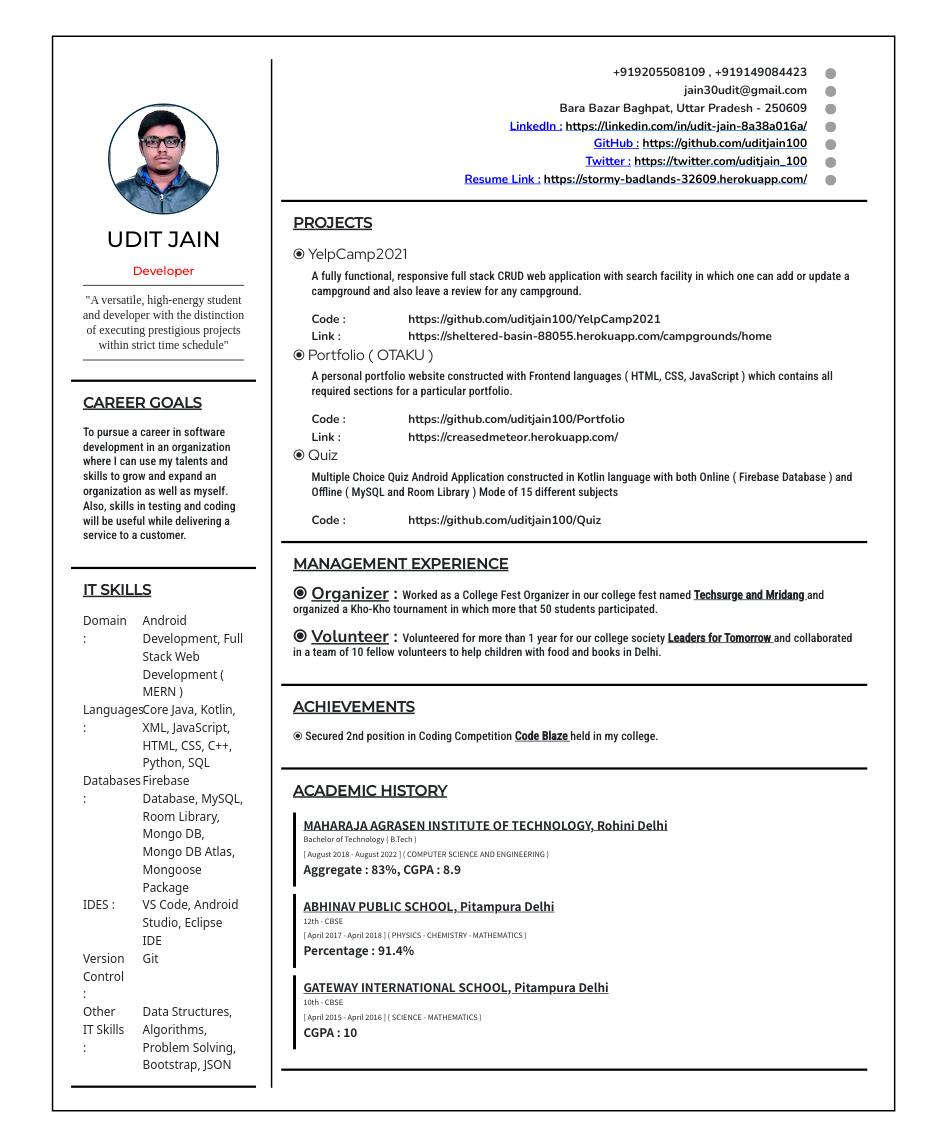
Repository: uditjain100/Resume
Page: app.html
An editor plug-in stored every save of this project. The page is shown before and after the next save, followed by the edit.
The browser window is 1280 px wide. The pictures show the whole page, at 74% of full size.
Pictures or frames that could not be fetched are drawn as grey boxes. Some web fonts or font styles are not loaded; a fallback is used.

Above is the page before, as saved 2021-05-27 18:48:07.

### app.html
<!DOCTYPE html>
<html lang="en">
	<head>
		<meta charset="UTF-8" />
		<meta http-equiv="X-UA-Compatible" content="IE=edge" />
		<meta name="viewport" content="width=device-width, initial-scale=1.0" />
		<title>RESUME : Udit Jain</title>
		<link rel="stylesheet" href="app.css" />
		<script
			src="https://code.jquery.com/jquery-3.5.1.min.js"
			integrity="sha256-9/aliU8dGd2tb6OSsuzixeV4y/faTqgFtohetphbbj0="
			crossorigin="anonymous"
		></script>
		<link
			href="https://cdn.jsdelivr.net/npm/bootstrap@5.0.0-beta1/dist/css/bootstrap.min.css"
			rel="stylesheet"
			integrity="sha384-giJF6kkoqNQ00vy+HMDP7azOuL0xtbfIcaT9wjKHr8RbDVddVHyTfAAsrekwKmP1"
			crossorigin="anonymous"
		/>

		<link rel="preconnect" href="https://fonts.gstatic.com" />
		<link
			href="https://fonts.googleapis.com/css2?family=Montserrat:wght@300;500&display=swap"
			rel="stylesheet"
		/>
		<link
			href="https://fonts.googleapis.com/css2?family=Roboto+Condensed:wght@500&display=swap"
			rel="stylesheet"
		/>
		<link
			href="https://fonts.googleapis.com/css2?family=Spartan:wght@500&display=swap"
			rel="stylesheet"
		/>
		<link
			href="https://fonts.googleapis.com/css2?family=Red+Hat+Display&display=swap"
			rel="stylesheet"
		/>
		<link
			href="https://fonts.googleapis.com/css2?family=Ubuntu:wght@300&display=swap"
			rel="stylesheet"
		/>
		<link
			href="https://fonts.googleapis.com/css2?family=Quicksand:wght@700&display=swap"
			rel="stylesheet"
		/>
		<link
			href="https://fonts.googleapis.com/css2?family=Nunito:wght@700&display=swap"
			rel="stylesheet"
		/>
		<link
			href="https://fonts.googleapis.com/css2?family=Akaya+Kanadaka&display=swap"
			rel="stylesheet"
		/>
		<link
			href="https://fonts.googleapis.com/css2?family=Poppins:wght@400&display=swap"
			rel="stylesheet"
		/>
		<link
			href="https://fonts.googleapis.com/css2?family=Noto+Sans+JP&display=swap"
			rel="stylesheet"
		/>
	</head>
	<body>
		<main class="container row my-5 mx-auto" id="wholewindow">
			<section id="leftwindow" class="col-3">
				<article id="namebox">
					<img
						id="profileimg"
						src="profile.jpg"
						class="card-img-top"
						alt="..."
					/>
					<div class="card-body">
						<h3
							class="card-title"
							style="
								color: black;
								text-decoration: none;
								font-size: 30px;
								font-weight: 400;
							"
						>
							UDIT JAIN
						</h3>
						<h6 class="card-subtitle mx-auto">Developer</h6>
						<p id="summary">
							"A versatile, high-energy student and developer with the
							distinction of executing prestigious projects within strict time
							schedule"
						</p>
					</div>
				</article>

				<article class="card-body" id="goalbox">
					<h3 class="card-title">CAREER GOALS</h3>
					<p>
						To pursue a career in software development in an organization where
						I can use my talents and skills to grow and expand an organization
						as well as myself. Also, skills in testing and coding will be useful
						while delivering a service to a customer.
					</p>
				</article>

				<article class="card-body" id="itskillsbox">
					<h3 class="card-title">IT SKILLS</h3>
					<ul class="list-group">
						<li id="itskillsitem" class="row">
							<span class="col-4" id="que">Domain : </span>
							<span class="col-8" id="ans"
								>Android Development, Full Stack Web Development ( MERN )</span
							>
						</li>
						<li id="itskillsitem" class="row">
							<span class="col-4" id="que">Languages : </span>
							<span class="col-8" id="ans"
								>Core Java, Kotlin, XML, JavaScript, HTML, CSS, C++, Python,
								SQL</span
							>
						</li>
						<li id="itskillsitem" class="row">
							<span class="col-4" id="que">Databases : </span>
							<span class="col-8" id="ans"
								>Firebase Database, MySQL, Room Library, Mongo DB, Mongo DB
								Atlas, Mongoose Package</span
							>
						</li>
						<li id="itskillsitem" class="row">
							<span class="col-4" id="que">IDES : </span>
							<span class="col-8" id="ans"
								>VS Code, Android Studio, Eclipse IDE</span
							>
						</li>
						<li id="itskillsitem" class="row">
							<span class="col-4" id="que">Version Control : </span>
							<span class="col-8" id="ans">Git</span>
						</li>
						<li id="itskillsitem" class="row">
							<span class="col-4" id="que">Other IT Skills : </span>
							<span class="col-8" id="ans"
								>Data Structures, Algorithms, Problem Solving, Bootstrap,
								JSON</span
							>
						</li>
					</ul>
				</article>
			</section>
			<section id="rightwindow" class="col-9">
				<article class="card-body" id="contactbox">
					<ul class="list-group">
						<li id="contactitem" class="row">
							<div class="col-11">+919205508109 , +919149084423</div>
							<div class="col-1">
								<img
									src="https://cdn.jsdelivr.net/npm/simple-icons@3.0.1/icons/android.svg"
									alt=""
								/>
							</div>
						</li>
						<li id="contactitem" class="row">
							<div class="col-11">jain30udit@gmail.com</div>
							<div class="col-1">
								<img
									src="https://cdn.jsdelivr.net/npm/simple-icons@3.0.1/icons/gmail.svg"
									alt=""
								/>
							</div>
						</li>
						<li id="contactitem" class="row">
							<div class="col-11">
								Bara Bazar Baghpat, Uttar Pradesh - 250609
							</div>
							<div class="col-1">
								<img
									src="https://cdn.jsdelivr.net/npm/simple-icons@3.0.1/icons/googlemaps.svg"
									alt=""
								/>
							</div>
						</li>
						<li id="contactitem" class="row">
							<div class="col-11">
								<span>LinkedIn :</span>
								<a href="https://linkedin.com/in/udit-jain-8a38a016a/"
									><span id="link"
										>https://linkedin.com/in/udit-jain-8a38a016a/</span
									></a
								>
							</div>
							<div class="col-1">
								<img
									src="https://cdn.jsdelivr.net/npm/simple-icons@4.13.0/icons/linkedin.svg"
									alt=""
								/>
							</div>
						</li>
						<li id="contactitem" class="row">
							<div class="col-11">
								<span>GitHub :</span>
								<a href="https://github.com/uditjain100"
									><span id="link">https://github.com/uditjain100</span></a
								>
							</div>
							<div class="col-1">
								<img
									src="https://cdn.jsdelivr.net/npm/simple-icons@4.13.0/icons/github.svg"
									alt=""
								/>
							</div>
						</li>
						<li id="contactitem" class="row">
							<div class="col-11">
								<span>Twitter :</span>
								<a href="https://twitter.com/uditjain_100"
									><span id="link">https://twitter.com/uditjain_100</span></a
								>
							</div>
							<div class="col-1">
								<img
									src="https://cdn.jsdelivr.net/npm/simple-icons@4.13.0/icons/twitter.svg"
									alt=""
								/>
							</div>
						</li>
						<li id="contactitem" class="row">
							<div class="col-11">
								<span>Resume Link :</span>
								<a href="https://stormy-badlands-32609.herokuapp.com/"
									><span id="link"
										>https://stormy-badlands-32609.herokuapp.com/</span
									></a
								>
							</div>
							<div class="col-1">
								<img
									src="https://cdn.jsdelivr.net/npm/simple-icons@4.13.0/icons/webpack.svg"
									alt=""
								/>
							</div>
						</li>
					</ul>
				</article>

				<article class="card-body" id="projectbox">
					<h3 class="card-title">PROJECTS</h3>
					<ul class="list-group">
						<li id="projectitem" class="row">
							<h5 id="projecttitle" class="display-10">⦿ YelpCamp2021</h5>
							<div id="projectdetails">
								<p>
									A fully functional, responsive full stack CRUD web application
									with search facility in which one can add or update a
									campground and also leave a review for any campground.
								</p>
								<ul class="list-group">
									<li id="contactitem" class="row">
										<div class="col-2">
											<span style="font-weight: 700">Code : </span>
										</div>
										<div id="link" class="col-10">
											https://github.com/uditjain100/YelpCamp2021
										</div>
									</li>
									<li id="contactitem" class="row">
										<div class="col-2">
											<span style="font-weight: 700">Link : </span>
										</div>
										<div id="link" class="col-10">
											https://sheltered-basin-88055.herokuapp.com/campgrounds/home
										</div>
									</li>
								</ul>
							</div>
						</li>
						<li id="projectitem" class="row">
							<h5 id="projecttitle" class="display-10">
								⦿ Portfolio ( OTAKU )
							</h5>
							<div id="projectdetails">
								<p>
									A personal portfolio website constructed with Frontend
									languages ( HTML, CSS, JavaScript ) which contains all
									required sections for a particular portfolio.
								</p>
								<ul class="list-group">
									<li id="contactitem" class="row">
										<div class="col-2">
											<span style="font-weight: 700">Code : </span>
										</div>
										<div id="link" class="col-10">
											https://github.com/uditjain100/Portfolio
										</div>
									</li>
									<li id="contactitem" class="row">
										<div class="col-2">
											<span style="font-weight: 700">Link : </span>
										</div>
										<div id="link" class="col-10">
											https://creasedmeteor.herokuapp.com/
										</div>
									</li>
								</ul>
							</div>
						</li>
						<li id="projectitem" class="row">
							<h5 id="projecttitle" class="display-10">⦿ Quiz</h5>
							<div id="projectdetails">
								<p>
									Multiple Choice Quiz Android Application constructed in Kotlin
									language with both Online ( Firebase Database ) and Offline (
									MySQL and Room Library ) Mode of 15 different subjects
								</p>
								<ul class="list-group">
									<li id="contactitem" class="row">
										<div class="col-2">
											<span style="font-weight: 700">Code : </span>
										</div>
										<div id="link" class="col-10">
											https://github.com/uditjain100/Quiz
										</div>
									</li>
								</ul>
							</div>
						</li>
					</ul>
				</article>

				<article class="card-body" id="managementskillsbox">
					<h3 class="card-title">MANAGEMENT EXPERIENCE</h3>
					<ul class="list-group">
						<li id="managementskillsitem">
							<p>
								<span id="tag">⦿ <span>Organizer</span> : </span>
								Worked as a College Fest Organizer in our college fest named
								<span style="font-weight: 700; text-decoration: underline"
									>Techsurge and Mridang
								</span>
								and organized a Kho-Kho tournament in which more that 50
								students participated.
							</p>
						</li>
						<li id="managementskillsitem">
							<p>
								<span id="tag">⦿ <span>Volunteer</span> : </span>
								Volunteered for more than 1 year for our college society
								<span style="font-weight: 700; text-decoration: underline"
									>Leaders for Tomorrow </span
								>and collaborated in a team of 10 fellow volunteers to help
								children with food and books in Delhi.
							</p>
						</li>
					</ul>
				</article>

				<article class="card-body" id="achievementsbox">
					<h3 class="card-title">ACHIEVEMENTS</h3>
					<ul class="list-group">
						<li id="achievementitem" class="row">
							<p>
								⦿ Secured 2nd position in Coding Competition
								<span style="font-weight: 700; text-decoration: underline"
									>Code Blaze
								</span>
								held in my college.
							</p>
						</li>
					</ul>
				</article>

				<article class="card-body" id="educationbox">
					<h3 class="card-title">ACADEMIC HISTORY</h3>
					<ul class="list-group">
						<li id="educationitem">
							<h6 id="institutename">
								MAHARAJA AGRASEN INSTITUTE OF TECHNOLOGY, Rohini Delhi
							</h6>
							<h6 id="stream">Bachelor of Technology ( B.Tech )</h6>
							<h6 id="subjects">
								[ August 2018 - August 2022 ] ( COMPUTER SCIENCE AND ENGINEERING
								)
							</h6>
							<h6 id="marks">Aggregate : 83%, CGPA : 8.9</h6>
						</li>
						<li id="educationitem">
							<h6 id="institutename">ABHINAV PUBLIC SCHOOL, Pitampura Delhi</h6>
							<h6 id="stream">12th - CBSE</h6>
							<h6 id="subjects">
								[ April 2017 - April 2018 ] ( PHYSICS - CHEMISTRY - MATHEMATICS
								)
							</h6>
							<h6 id="marks">Percentage : 91.4%</h6>
						</li>
						<li id="educationitem">
							<h6 id="institutename">
								GATEWAY INTERNATIONAL SCHOOL, Pitampura Delhi
							</h6>
							<h6 id="stream">10th - CBSE</h6>
							<h6 id="subjects">
								[ April 2015 - April 2016 ] ( SCIENCE - MATHEMATICS )
							</h6>
							<h6 id="marks">CGPA : 10</h6>
						</li>
					</ul>
				</article>
			</section>
		</main>
	</body>
</html>

### app.css
/* * Common Section */

@keyframes transitionIn {
	from {
		opacity: 0;
		transform: rotateY(-10deg);
	}
	to {
		opacity: 1;
		transform: rotateY(0);
	}
}

html {
	animation: transitionIn 1s;
}

p {
	font-family: "Roboto Condensed", sans-serif;
	line-height: 20px;
}

ul {
	list-style: none;
}
article {
	border-bottom: 3px black solid;
}

.card-title {
	font-family: "Montserrat";
	text-decoration: underline;
	font-weight: 900;
	font-size: 20px;
	padding-bottom: 10px;
	border: none;
}

.card-subtitle {
	color: red;
}

.footer {
	position: -webkit-sticky;
	left: 0;
	bottom: 0;
	width: 100%;
	color: white;
	text-align: center;
	font-family: "Montserrat";
}

/*  ********************* resume work */

#wholewindow {
	border: 2px black solid;
	display: flex;
	flex-direction: row;
	flex-wrap: wrap;
	justify-content: space-evenly;
	/* align-items: center; */
}

#leftwindow {
	margin: 30px 0px 30px 0px;
	border-right: 2px black solid;
	padding: 50px 20px 0px 0px;
	min-width: 250px;
}

#rightwindow {
	padding-top: 20px;
	min-width: 250px;
}

#namebox {
	display: flex;
	flex-direction: column;
	flex-wrap: wrap;
	align-items: center;
	text-align: center;
	font-family: "Montserrat";
}

#profileimg {
	width: 150px;
	height: 150px;
	border-radius: 50%;
	border: 2px #003049 solid;
	margin-top: 10px;
}
#summary {
	font-family: "Akaya Kanadaka";
	margin-top: 10px;
	margin-bottom: 10px;
	padding-top: 10px;
	padding-bottom: 10px;

	border-bottom: 1px black solid;
	border-top: 1px black solid;
}

#managementskillsitem p {
	line-height: 20px;
}

#tag {
	font-family: "Nunito";
	font-size: 23px;
	font-weight: 900;
	text-align: left;
}

#tag span {
	text-decoration: underline;
}

li img {
	width: 15px;
	height: 15px;
	border-radius: 50%;
	margin-right: 5px;
}

#contactitem {
	font-family: "Nunito";
}

#contactitem .col-11 {
	text-align: end;
}

#contactitem .col-11 span {
	font-weight: 600;
	color: blue;
	text-decoration: underline;
}

#contactitem .col-11 a span {
	color: black;
	text-decoration: none;
}

#educationtitle {
	font-family: "Red Hat Display";
	font-weight: 200;
}

#educationitem {
	margin-bottom: 10px;
	padding: 10px 0px 10px 10px;
	border-left: 4px black solid;
}

#educationbox {
	font-family: "Noto Sans JP";
}

#educationitem h6 {
	line-height: 12px;
}

#institutename {
	text-decoration: underline;
	font-weight: 800;
	font-size: 16px;
}

#timestamp {
	font-size: 10px;
}

#stream {
	font-size: 10px;
	font-weight: 400;
}

#subjects {
	font-size: 10px;
	font-weight: 300;
}

#marks {
	/* font-size: 15px; */
	font-weight: 700;
}

#projecttitle {
	font-family: "Red Hat Display";
	font-weight: 400;
}

#projectdetails {
	margin-left: 25px;
}

After the next save:
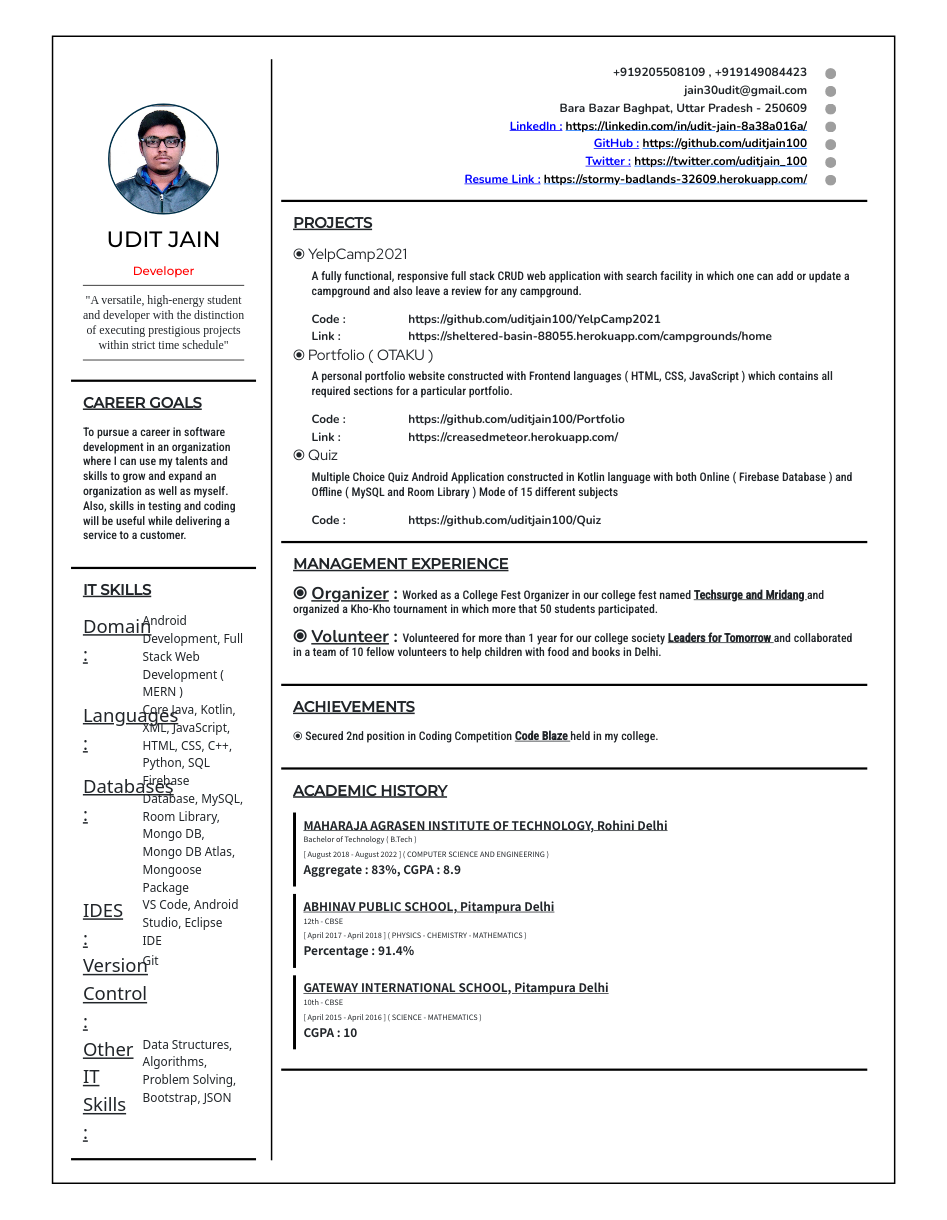
Saved 61 s later.
--- a/app.css
+++ b/app.css
@@ -122,6 +122,11 @@ li img {
 	margin-right: 5px;
 }
 
+#que {
+	text-decoration: underline;
+	font-size: 25px;
+}
+
 #contactitem {
 	font-family: "Nunito";
 }
